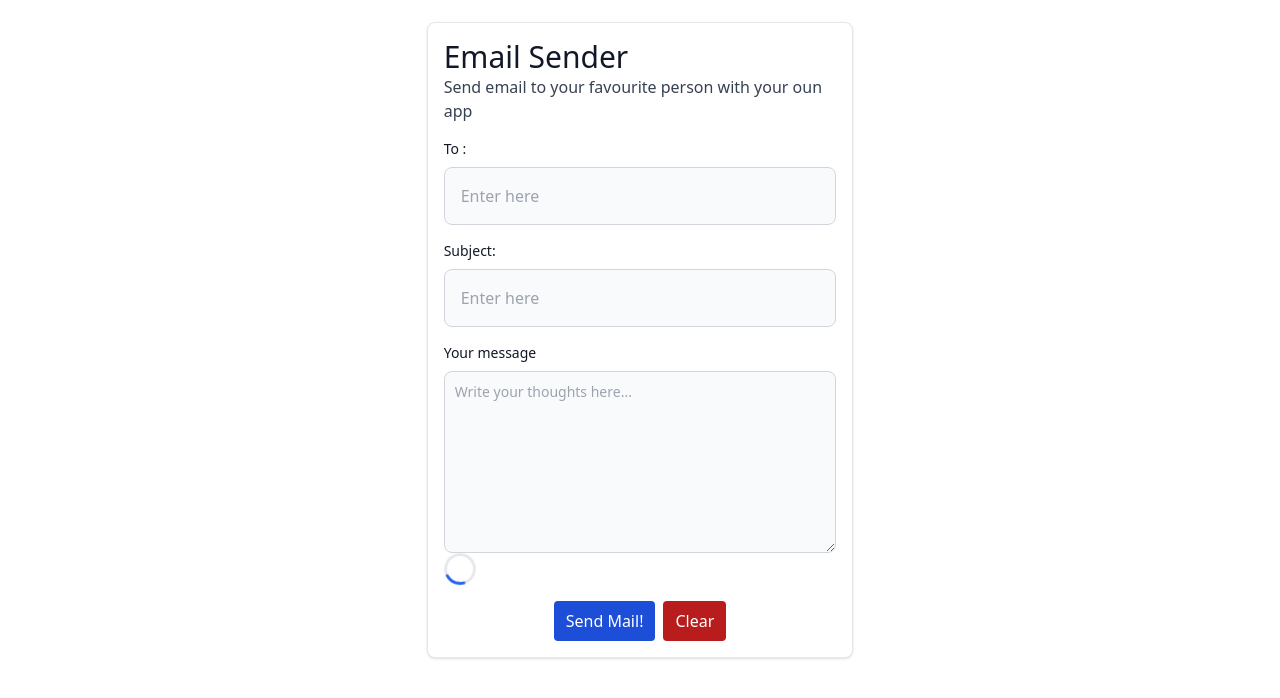
Repository: vikas-1234/EmailReactProject
Page: / (app in email-sender/)
An editor plug-in stored every save of this project. The page is shown before and after the next save, followed by the edit.
The browser window is 1280 px wide. The pictures show the whole page.
The project was rebuilt for these pictures with package versions that can differ from the ones it lists, and the page was loaded fresh each time. Also part of the build but not shown: email-sender/vite.config.js, email-sender/src/App.css.

Above is the page before, as saved 2024-04-21 11:58:25.

### email-sender/index.html
<!doctype html>
<html lang="en" class="light">
  <head>
    <meta charset="UTF-8" />
    <link rel="icon" type="image/svg+xml" href="/vite.svg" />
    <meta name="viewport" content="width=device-width, initial-scale=1.0" />
    <title>Email Sender</title>
  </head>
  <body className="bg-gray-200">
    <div id="root"></div>
    <script type="module" src="/src/main.jsx"></script>
  </body>
</html>

### email-sender/src/App.jsx

import { Toaster } from 'react-hot-toast'
import './App.css'
import EmailSender from './components/EmailSender'

function App() {


  return (
    <>
      <EmailSender/>
      <Toaster/>
    </>
  )
}

export default App

### email-sender/src/components/EmailSender.jsx
import { useState } from "react";
import toast from "react-hot-toast";
import { sendEmail } from "../services/email.services";
function EmailSender() {
  const [emailData, setEmailData] = useState({
    to: "",
    subject: "",
    message: "",
  });

  async function handleFieldChange(event, name) {
    setEmailData({ ...emailData,[name]: event.target.value });
  }

  async function handleSubmit(event) {
    event.preventDefault();

    if(emailData.to=='' || emailData.subject=='' || emailData.message==''){
      alert('Please fill all the fields');
      toast.error("Invalid Fields!!");
      return;
    }

    // send email using an API for that we are using AXIOS Library to fetch the data  and display it.

    try {
      await sendEmail(emailData);
      toast.success("Email Data has been sent successfully");
      toast.success("Send Another One Data");
      setEmailData({
        to: "",
        subject: "",
        message: "",
      })
      console.log(emailData);
    } catch (error) {
      toast.error("Email not send!!!");
      console.log(emailData);
    }





    console.log(emailData);
  }

  return (
    <div className="w-full min-h-screen flex justify-center items-center">
      <div className="email_card md:w-1/3 w-full -mt-10 mx-4 md:mx-0  bg-white p-4 border rounded-lg shadow">
        <h1 className="text-gray-900 text-3xl">Email Sender</h1>
        <p className="text-gray-700">
          {" "}
          Send email to your favourite person with your oun app{" "}
        </p>

        <form action="" onSubmit={handleSubmit}>
          {/* To Section */}

          <div className="input_field mt-4">
            <label
              htmlFor="large-input"
              className="block mb-2 text-sm font-medium text-gray-900 dark:text-white"
            >
              To :
            </label>
            <input
              type="text"
              value={emailData.to}
              onChange={(event) => handleFieldChange(event, "to")}
              placeholder="Enter here"
              id="large-input"
              className="block w-full p-4 text-gray-900 border border-gray-300 rounded-lg bg-gray-50 text-base focus:ring-blue-500 focus:border-blue-500 dark:bg-gray-700 dark:border-gray-600 dark:placeholder-gray-400 dark:text-white dark:focus:ring-blue-500 dark:focus:border-blue-500"
            ></input>
          </div>
          {/* To Subject */}

          <div className="input_field mt-4">
            <label
              htmlFor="large-input"
              className="block mb-2 text-sm font-medium text-gray-900 dark:text-white"
            >
              Subject:
            </label>
            <input
              type="text"
              value={emailData.subject}
              onChange={(event) => handleFieldChange(event, "subject")}
              placeholder="Enter here"
              id="large-input"
              class="block w-full p-4 text-gray-900 border border-gray-300 rounded-lg bg-gray-50 text-base focus:ring-blue-500 focus:border-blue-500 dark:bg-gray-700 dark:border-gray-600 dark:placeholder-gray-400 dark:text-white dark:focus:ring-blue-500 dark:focus:border-blue-500"
            ></input>
          </div>

          {/* Message Section */}

          <div className="form_field mt-4">
            <label
              htmlFor="message"
              className="block mb-2 text-sm font-medium text-gray-900 dark:text-white"
            >
              Your message
            </label>
            <textarea
              id="message"
              value={emailData.message}
              onChange={(event) => handleFieldChange(event, "message")}
              rows="8"
              class="block p-2.5 w-full text-sm text-gray-900 bg-gray-50 rounded-lg border border-gray-300 focus:ring-blue-500 focus:border-blue-500 dark:bg-gray-700 dark:border-gray-600 dark:placeholder-gray-400 dark:text-white dark:focus:ring-blue-500 dark:focus:border-blue-500"
              placeholder="Write your thoughts here..."
            ></textarea>
          </div>

          <div className="loader">
          <div role="status">
    <svg aria-hidden="true" class="w-8 h-8 text-gray-200 animate-spin dark:text-gray-600 fill-blue-600" viewBox="0 0 100 101" fill="none" xmlns="http://www.w3.org/2000/svg">
        <path d="M100 50.5908C100 78.2051 77.6142 100.591 50 100.591C22.3858 100.591 0 78.2051 0 50.5908C0 22.9766 22.3858 0.59082 50 0.59082C77.6142 0.59082 100 22.9766 100 50.5908ZM9.08144 50.5908C9.08144 73.1895 27.4013 91.5094 50 91.5094C72.5987 91.5094 90.9186 73.1895 90.9186 50.5908C90.9186 27.9921 72.5987 9.67226 50 9.67226C27.4013 9.67226 9.08144 27.9921 9.08144 50.5908Z" fill="currentColor"/>
        <path d="M93.9676 39.0409C96.393 38.4038 97.8624 35.9116 97.0079 33.5539C95.2932 28.8227 92.871 24.3692 89.8167 20.348C85.8452 15.1192 80.8826 10.7238 75.2124 7.41289C69.5422 4.10194 63.2754 1.94025 56.7698 1.05124C51.7666 0.367541 46.6976 0.446843 41.7345 1.27873C39.2613 1.69328 37.813 4.19778 38.4501 6.62326C39.0873 9.04874 41.5694 10.4717 44.0505 10.1071C47.8511 9.54855 51.7191 9.52689 55.5402 10.0491C60.8642 10.7766 65.9928 12.5457 70.6331 15.2552C75.2735 17.9648 79.3347 21.5619 82.5849 25.841C84.9175 28.9121 86.7997 32.2913 88.1811 35.8758C89.083 38.2158 91.5421 39.6781 93.9676 39.0409Z" fill="currentFill"/>
    </svg>
    <span class="sr-only">Loading...</span>
</div>
          </div>

          <div className="button_container mt-4 flex justify-center gap-2">
            <button  type="submit"className="hover:bg-blue-900 text-white bg-blue-700 px-3 py-2 rounded">
              Send Mail!
            </button>
            <button className="hover:bg-red-900 text-white bg-red-700 px-3 py-2 rounded">
              Clear
            </button>
          </div>
        </form>
      </div>
    </div>
  );
}

export default EmailSender;

### email-sender/src/services/email.services.jsx

import { customAxios } from "./helper";

export async function sendEmail(emailData) {
    const result=(await customAxios.post(`/send`, emailData)).data;
    return  result;

  // .then((response) => {
    //     alert('Email sent successfully:', response.data);
    //     return response.data;
    // })
    // .catch((error) => {
    //     alert('Error sending email:', error);
    //     throw error;
    // })
}

### email-sender/src/services/helper.jsx
import axios from 'axios'

const baseURL = "http://localhost:8080/api/v1/email";
//  const baseURL = '/api/v1'; // Use this for production.
export const customAxios=axios.create({
    baseURL: baseURL,

});

### email-sender/tailwind.config.js
/** @type {import('tailwindcss').Config} */
export default {
  content: ["./index.html",
  "./src/**/*.{js,ts,jsx,tsx}",],
  theme: {
    extend: {},
  },
  plugins: [],
  darkMode:'selector',
}

Loaded but not shown: email-sender/src/main.jsx (common file); email-sender/src/index.css (common file)

After the next save:
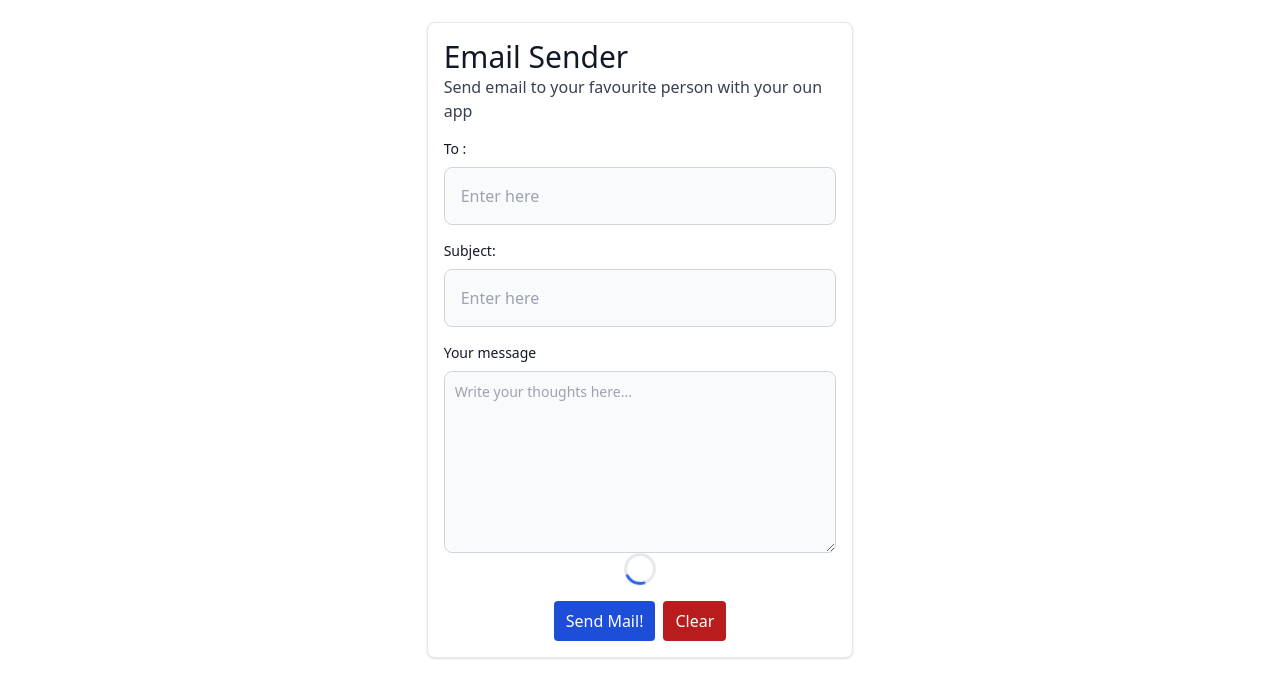
Saved 49 s later.
--- a/email-sender/src/components/EmailSender.jsx
+++ b/email-sender/src/components/EmailSender.jsx
@@ -111,7 +111,8 @@ function EmailSender() {
             ></textarea>
           </div>
 
-          <div className="loader">
+
+          <div className="loader justify-center flex">
           <div role="status">
     <svg aria-hidden="true" class="w-8 h-8 text-gray-200 animate-spin dark:text-gray-600 fill-blue-600" viewBox="0 0 100 101" fill="none" xmlns="http://www.w3.org/2000/svg">
         <path d="M100 50.5908C100 78.2051 77.6142 100.591 50 100.591C22.3858 100.591 0 78.2051 0 50.5908C0 22.9766 22.3858 0.59082 50 0.59082C77.6142 0.59082 100 22.9766 100 50.5908ZM9.08144 50.5908C9.08144 73.1895 27.4013 91.5094 50 91.5094C72.5987 91.5094 90.9186 73.1895 90.9186 50.5908C90.9186 27.9921 72.5987 9.67226 50 9.67226C27.4013 9.67226 9.08144 27.9921 9.08144 50.5908Z" fill="currentColor"/>
